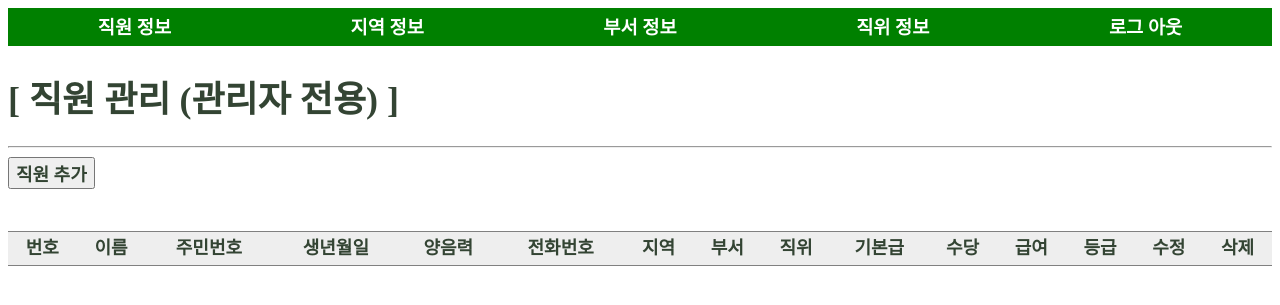
Repository: Umkimisstrong/UM_SpringMVCStudy
Page: http://localhost/mvc04/WEB-INF/view/RegionList.jsp
An editor plug-in stored every save of this project. The page is shown before and after the next save, followed by the edit.
The browser window is 1280 px wide. The pictures show the whole page.
The page is served by Tomcat 9. Nobody is signed in. The template is opened directly, without the code that normally fills it, so the values that code supplies are empty.

Above is the page before, as saved 2022-06-02 03:32:53.

After the next save:
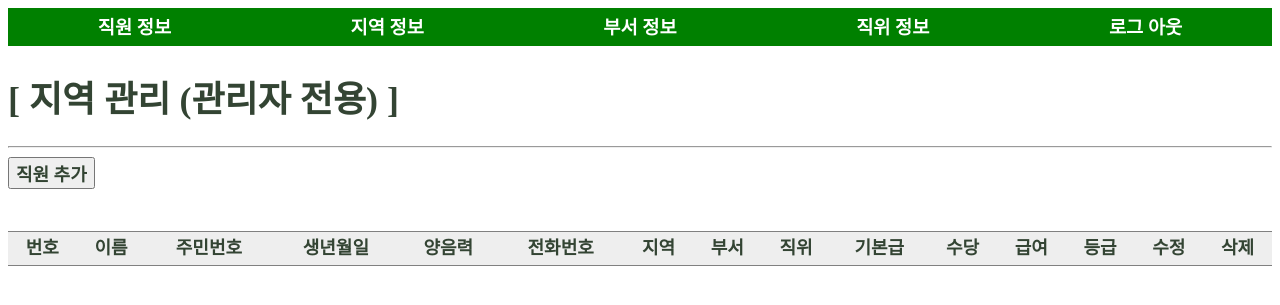
Saved 7 s later.
--- a/mvc04/WebContent/WEB-INF/view/RegionList.jsp
+++ b/mvc04/WebContent/WEB-INF/view/RegionList.jsp
@@ -65,7 +65,7 @@
 
 	<!-- 콘텐츠 영역 -->
 	<div id="content">
-		<h1>[ 직원 관리 (관리자 전용) ]</h1>
+		<h1>[ 지역 관리 (관리자 전용) ]</h1>
 		<hr />
 
 		<div>
